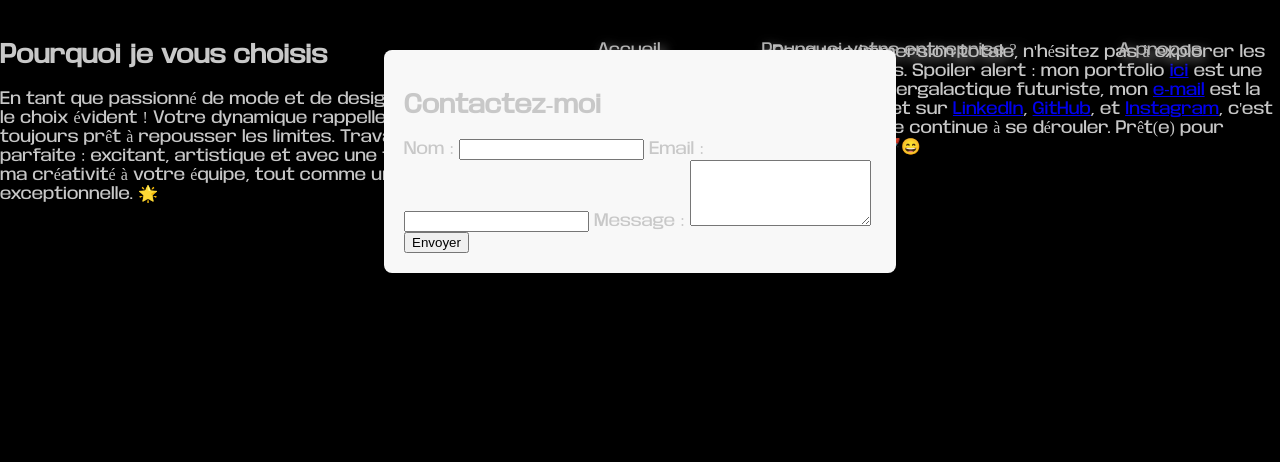
Repository: inessben/application
Page: about/about.html
These files come from the project's save history. The page is drawn as it stood at one moment and after the next save; the edit follows.
The browser window is 1280 px wide. The pictures show the whole page.

Above is the page before, as saved 2023-12-03 21:52:47.

After the next save:
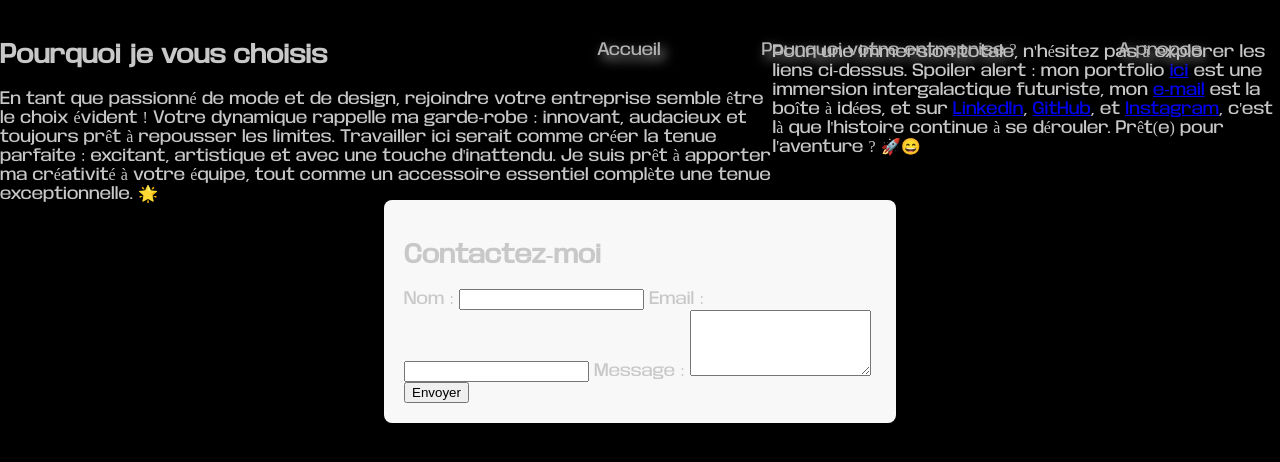
Saved 8 s later.
--- a/about/about.css
+++ b/about/about.css
@@ -53,7 +53,7 @@ body {
 
 #contact-form-container {
     position: absolute;
-    top: 50px;
+    top: 200px;
     width: 40vw;
     }
 
